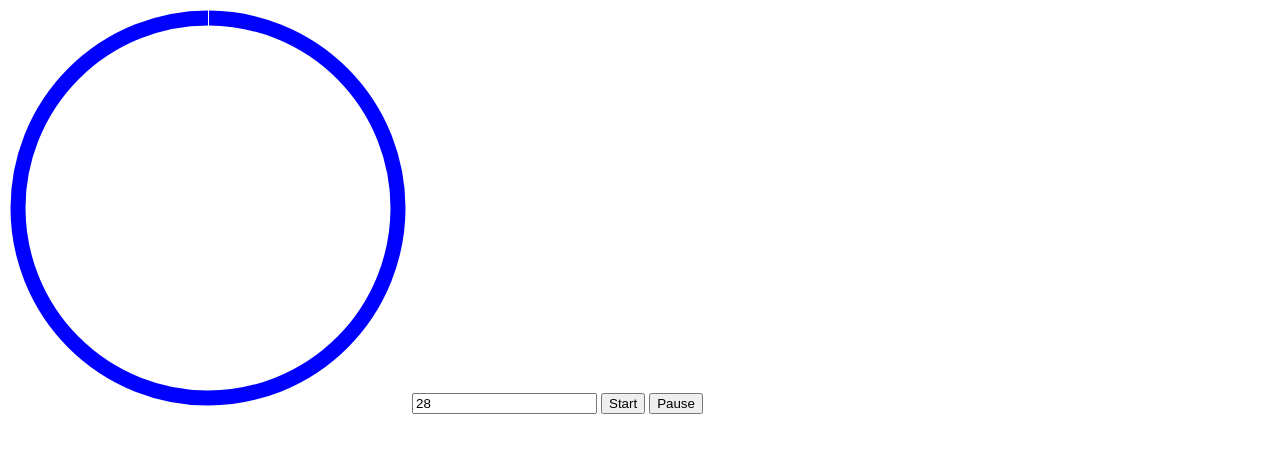
Repository: zhapar/JS-Bootcamp
Page: 1. Timer/index.html
The author's editor kept a copy of each file at every save. The page is drawn from the files as they stood at one save, then again after the next save.
The browser window is 1280 px wide. The pictures show the whole page.
After loading, the first visible `#start` was clicked once.

Above is the page before, as saved 2020-07-09 17:09:50.

### 1. Timer/index.html
<!DOCTYPE html>
<html lang="en">
  <head>
    <meta charset="UTF-8" />
    <meta name="viewport" content="width=device-width, initial-scale=1.0" />
    <title>Timer</title>
  </head>

  <body>
    <svg height="400" width="400">
      <circle
        r="190"
        cx="200"
        cy="200"
        fill="transparent"
        stroke="blue"
        stroke-width="15"
        transform="rotate(-90 200 200)"
      />
    </svg>
    <input type="text" id="duration" value="30" />
    <button id="start">Start</button>
    <button id="pause">Pause</button>

    <script src="timer.js"></script>
    <script src="app.js"></script>
  </body>
</html>

### 1. Timer/timer.js
class Timer {
  constructor(durationInput, startButton, pauseButton, callbacks) {
    this.durationInput = durationInput;
    this.startButton = startButton;
    this.pauseButton = pauseButton;

    if (callbacks) {
      this.onStart = callbacks.onStart;
      this.inTick = callbacks.inTick;
      this.onComplete = callbacks.onComplete;
    }

    this.startButton.addEventListener("click", this.start);
    this.pauseButton.addEventListener("click", this.pause);
  }

  // To start a timer
  start = () => {
    if (this.onStart) {
      this.onStart();
    }
    this.tick();
    this.interval = setInterval(this.tick, 1000);
  };

  // To pause a timer
  pause = () => {
    clearInterval(this.interval);
  };

  // To countdown timer
  tick = () => {
    if (this.timeRemaining <= 0) {
      this.pause();
      if (this.onComplete) {
        this.onComplete();
      }
    } else {
      this.timeRemaining = this.timeRemaining - 1;
      this.inTick();
    }
  };

  get timeRemaining() {
    return parseFloat(this.durationInput.value);
  }

  set timeRemaining(time) {
    this.durationInput.value = time;
  }
}

### 1. Timer/app.js
// Get button on DOM
const durationInput = document.querySelector("#duration");
const startButton = document.querySelector("#start");
const pauseButton = document.querySelector("#pause");

const circle = document.querySelector("circle");
const perimeter = circle.getAttribute("r") * 2 * Math.PI;
circle.setAttribute("stroke-dasharray", perimeter);

let currentOffset = 0;
const timer = new Timer(durationInput, startButton, pauseButton, {
  onStart() {
    console.log("Timer started!");
  },
  inTick() {
    circle.setAttribute("stroke-dashoffset", currentOffset);
    currentOffset -= 1;
  },
  onComplete() {
    console.log("Timer is completed");
  },
});

After the next save:
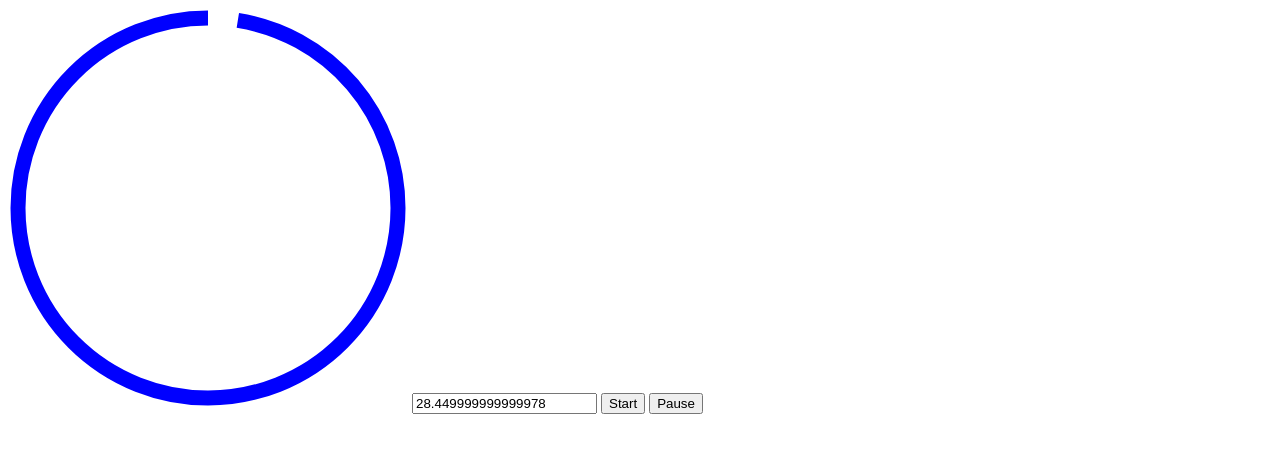
Saved 15 s later.
--- a/1. Timer/timer.js
+++ b/1. Timer/timer.js
@@ -20,7 +20,7 @@ class Timer {
       this.onStart();
     }
     this.tick();
-    this.interval = setInterval(this.tick, 1000);
+    this.interval = setInterval(this.tick, 50);
   };
 
   // To pause a timer
@@ -36,7 +36,7 @@ class Timer {
         this.onComplete();
       }
     } else {
-      this.timeRemaining = this.timeRemaining - 1;
+      this.timeRemaining = this.timeRemaining - 0.05;
       this.inTick();
     }
   };
